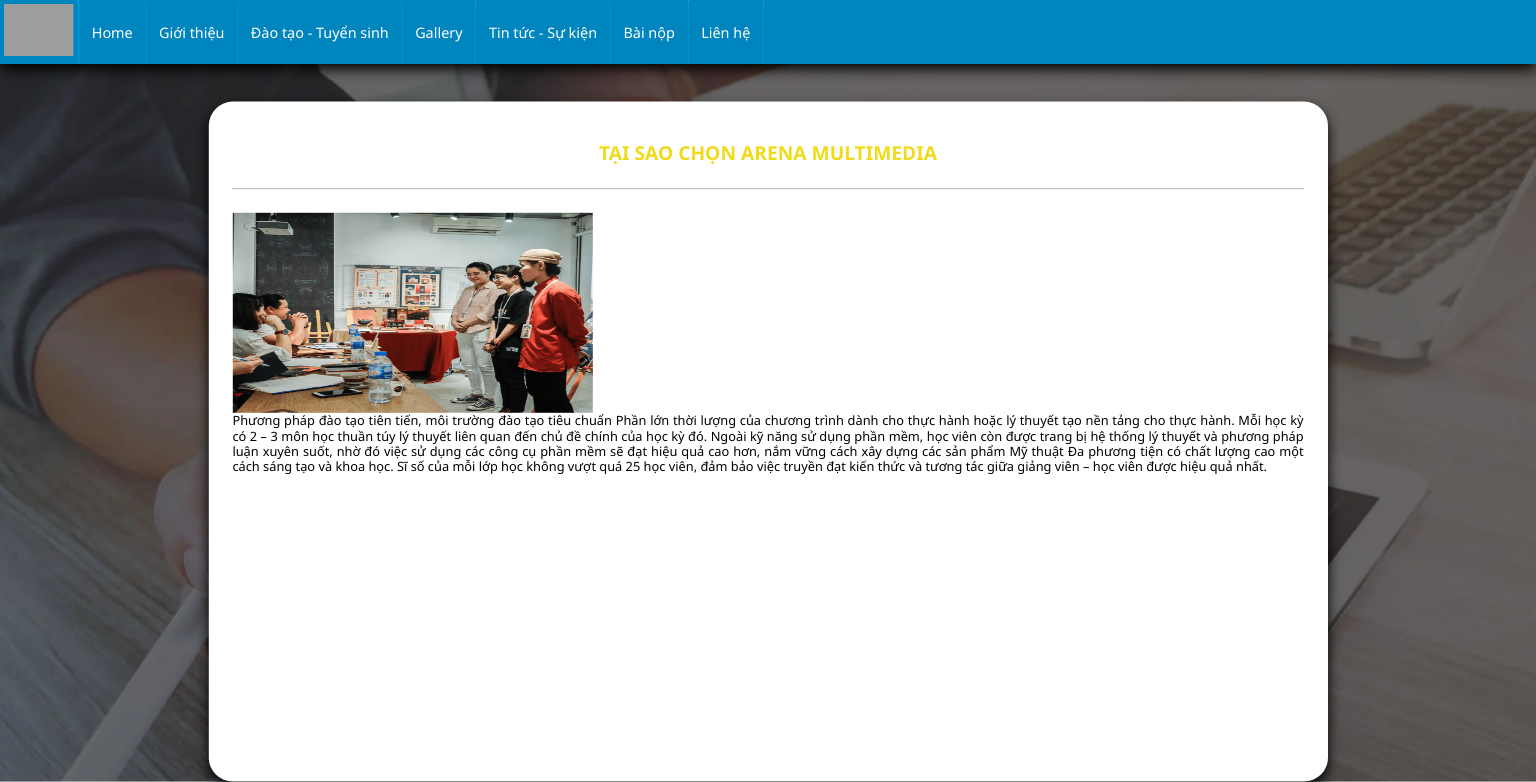
Repository: arena-dttan/dcw-final-exam-d2107m1
Page: final-list/DCW_Final_5_Nguyen-Thi-Thu-Huong_D2107M1/gioi-thieu.html
These files come from the project's save history. The page is drawn as it stood at one moment and after the next save; the edit follows.
The browser window is 1280 px wide. The page is 1920 px wide, so the pictures cover 1920 px, including what lies to the right of the window. The pictures show the whole page, at 80% of full size.
Pictures or frames that could not be fetched are drawn as grey boxes.

Above is the page before, as saved 2022-06-26 15:10:22.

After the next save:
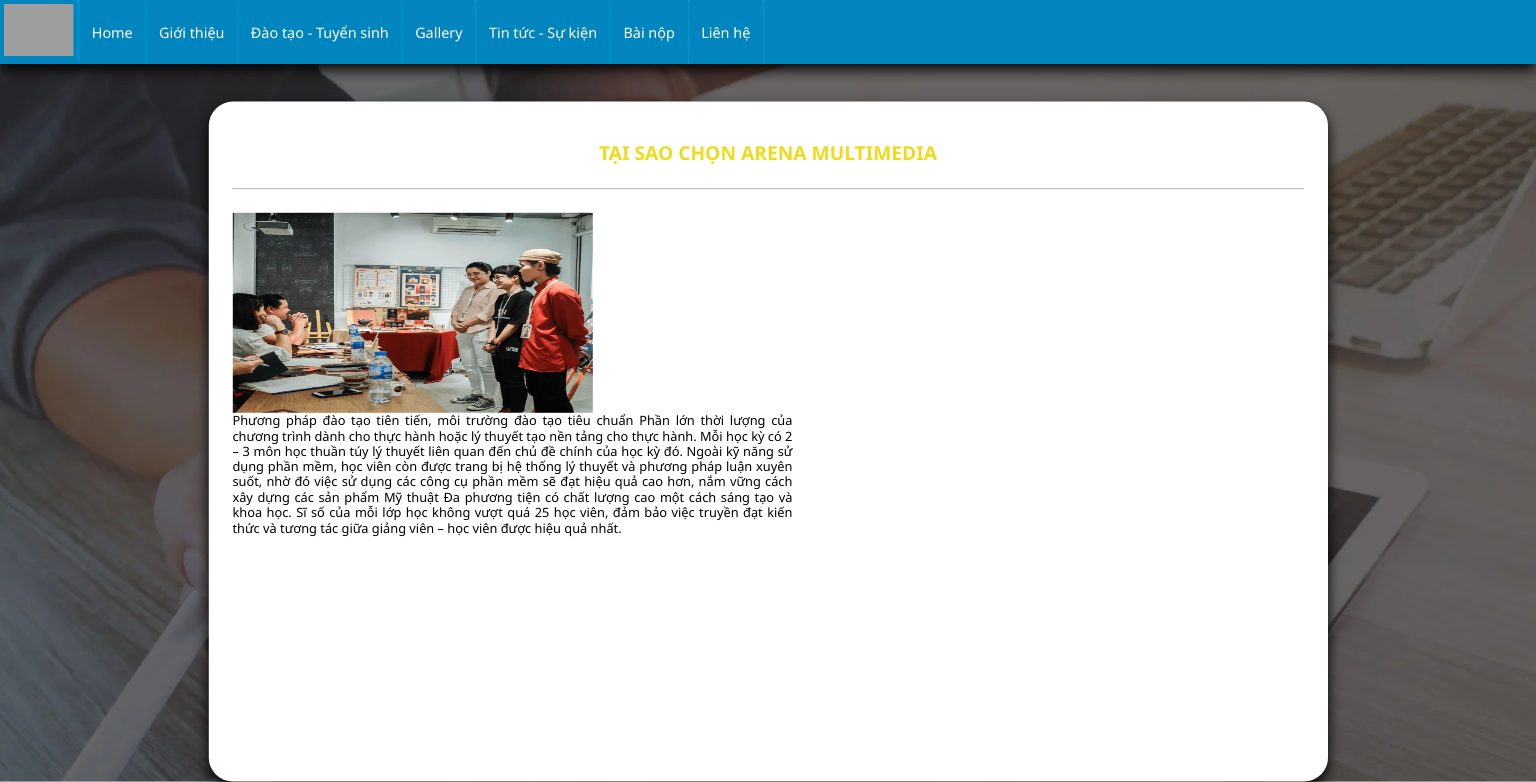
Saved 48 s later.
--- a/final-list/DCW_Final_5_Nguyen-Thi-Thu-Huong_D2107M1/index.css
+++ b/final-list/DCW_Final_5_Nguyen-Thi-Thu-Huong_D2107M1/index.css
@@ -147,5 +147,5 @@
     float: left;
 }
 p {
-    width: ;
+    width: 700px;
 }
